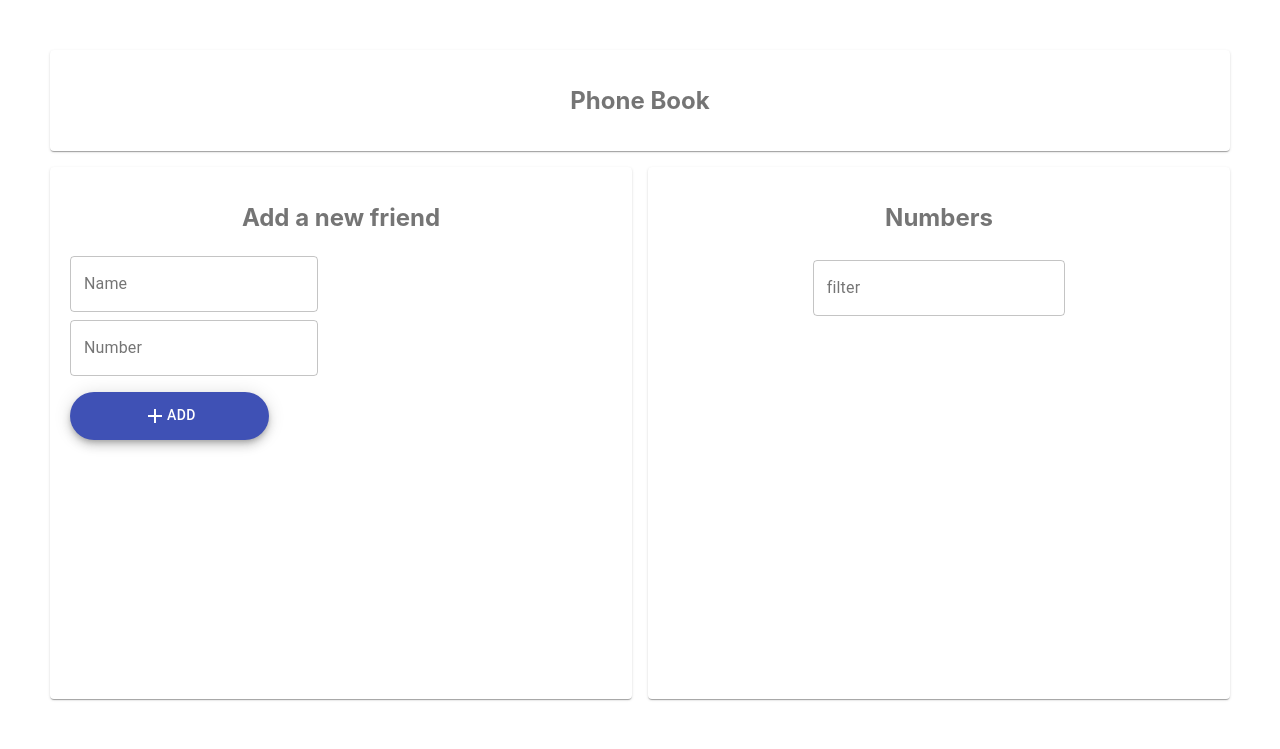
Repository: StacyLafume/phone-book
Page: / (app in phone-book/)
These files come from the project's save history. The page is drawn as it stood at one moment and after the next save; the edit follows.
The browser window is 1280 px wide. The pictures show the whole page.
The page's requests for data from a server got no answer. The project was rebuilt for these pictures with package versions that can differ from the ones it lists, and the page was loaded fresh each time. No one was signed in, and anything a server would have sent is missing. Also part of the build but not shown: phone-book/src/PhoneBook.js.

Above is the page before, as saved 2021-04-02 01:19:24.

After the next save:
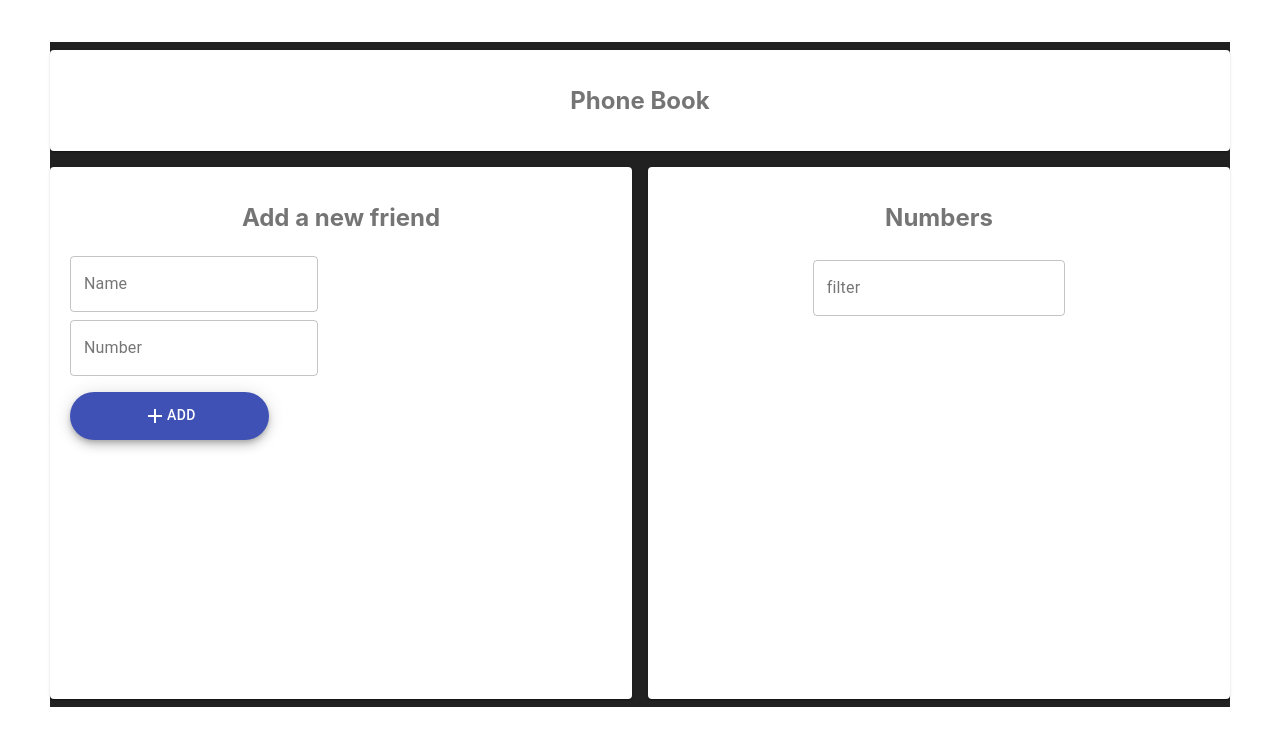
Saved 22 s later.
--- a/phone-book/src/App.js
+++ b/phone-book/src/App.js
@@ -24,7 +24,7 @@
     root: {
       flexGrow: 1,
       margin: 50,
-      backgroundColor: "light-blue"
+      backgroundColor: theme.palette.text.primary,
 
     },
     paper: {

After the save that followed:
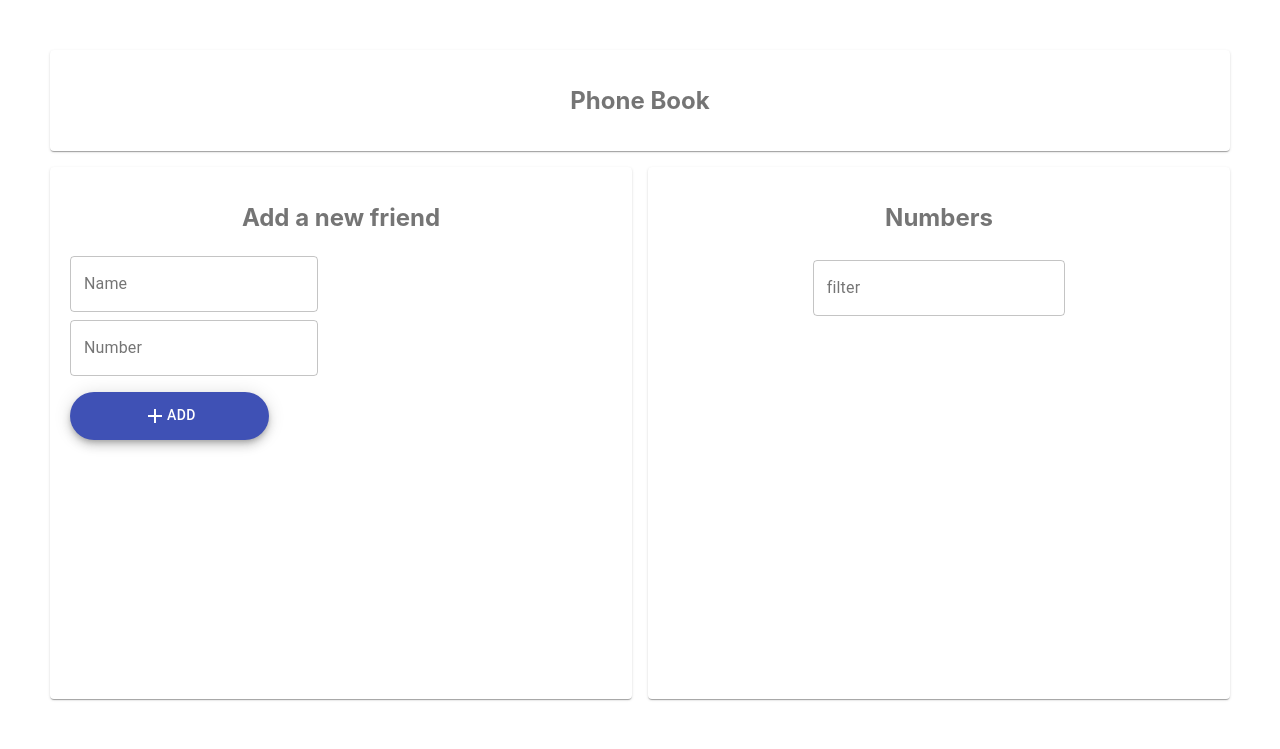
Saved 42 s later.
--- a/phone-book/src/App.js
+++ b/phone-book/src/App.js
@@ -24,7 +24,7 @@
     root: {
       flexGrow: 1,
       margin: 50,
-      backgroundColor: theme.palette.text.primary,
+      backgroundColor: theme.palette.background.primary,
 
     },
     paper: {
@@ -195,7 +195,6 @@
 
   const classes = useStyles();
   return (
-
     <Box className={classes.root}>
       <Grid container spacing={2}>
       <Grid item xs={12}>
